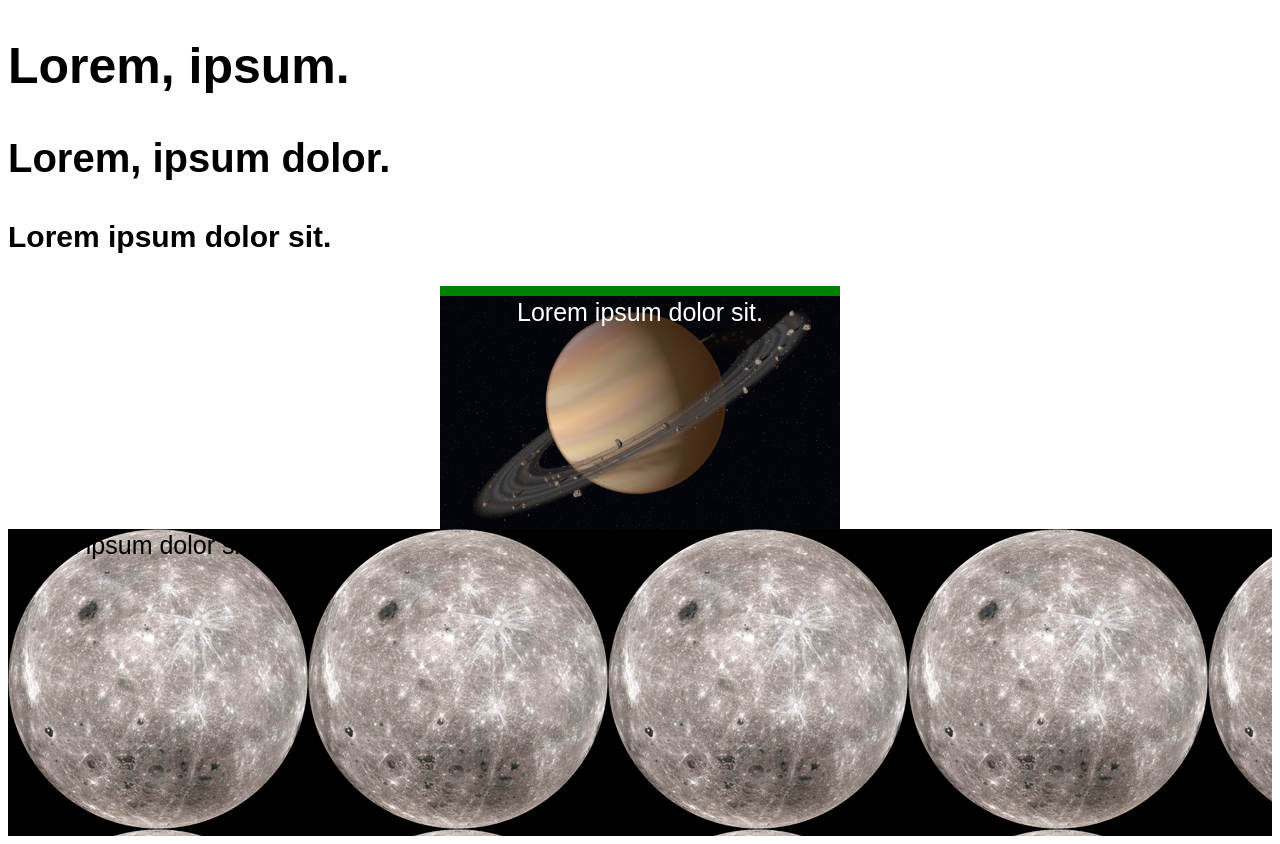
Repository: aSSasdy/assasdy.github.io
Page: index.html
The author's editor kept a copy of each file at every save. The page is drawn from the files as they stood at one save, then again after the next save.
The browser window is 1280 px wide. The pictures show the whole page.

Above is the page before, as saved 2021-11-28 16:17:40.

After the next save:
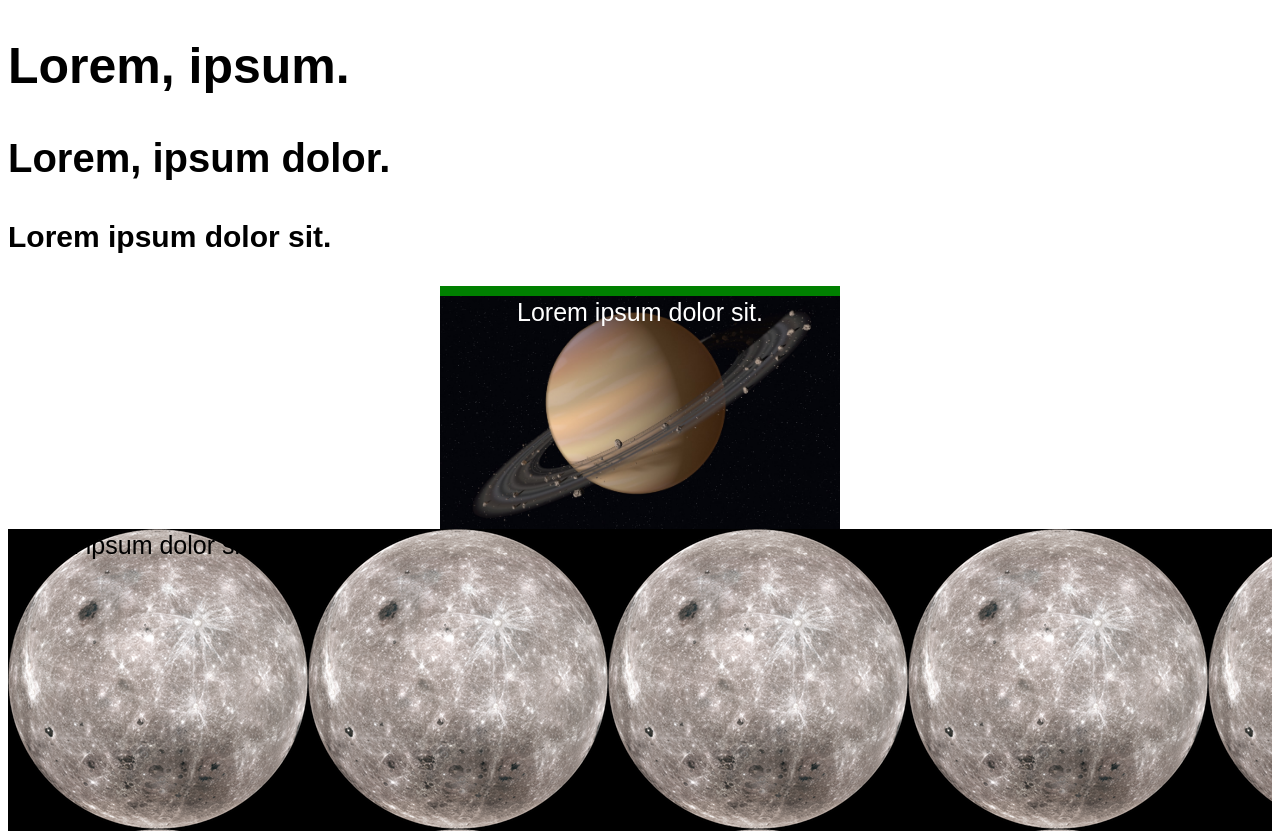
Saved 4 s later.
--- a/css/style.css
+++ b/css/style.css
@@ -25,6 +25,6 @@
 }
 .block-2__img{
     background-image: url('/img/Moon_farside_LRO_color_mosaic.png');
-    padding-bottom: 275px;
+    padding-bottom: 270px;
 
 }
